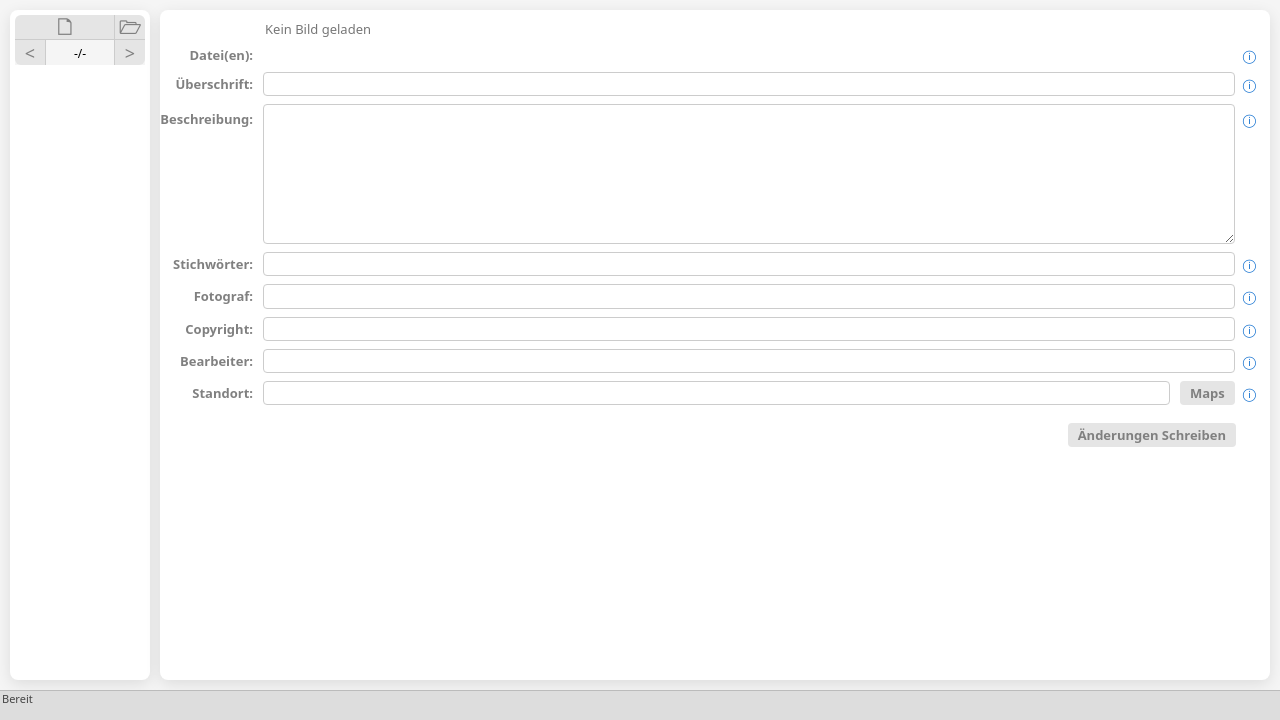
Repository: h-fahle/metadata
Page: ui/index.html
An editor plug-in stored every save of this project. The page is shown before and after the next save, followed by the edit.
The browser window is 1280 px wide. The pictures show the whole page.

Above is the page before, as saved 2026-08-25 19:34:17.
Console error: TypeError: Cannot read properties of undefined (reading 'core')

After the next save:
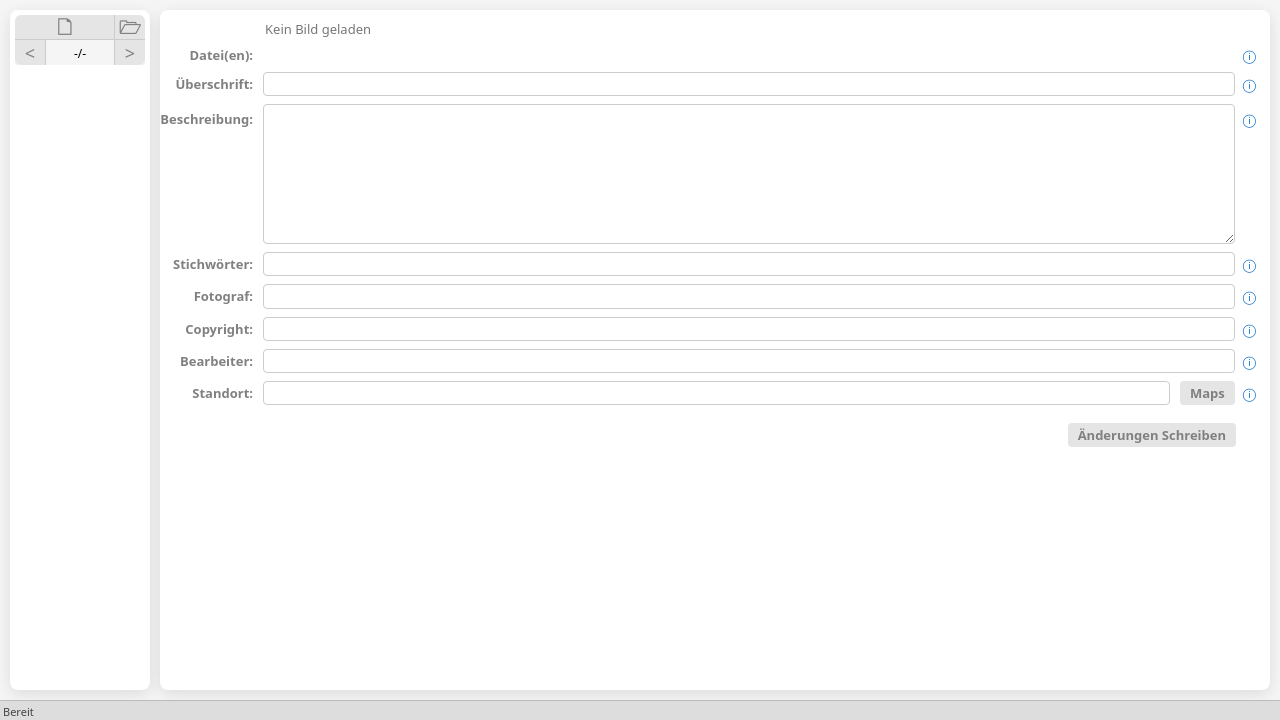
Saved 22 h 4 min later.
--- a/ui/style.css
+++ b/ui/style.css
@@ -152,13 +152,13 @@ selectx {
 
 /* 5. UNTEN: Die Statusleiste mit fixer Höhe und eigenem Scrollbalken */
 #statusleiste {
-	height: 30px;  /* Feste Höhe für ca. 2 Zeilen Text */
-	min-height: 30px;
+	height: 20px;  /* Feste Höhe für ca. 2 Zeilen Text */
+	min-height: 20px;
 	border-top: 1px solid #bbb;
 	background-color: #ddd;
 	font-size: 11px;
 	color: #444;
-	padding: 0 2px;
+	padding: 3px;
 	overflow-y: auto;  /* Vertikaler Scrollbalken erscheint NUR bei Bedarf */
 	overflow-x: hidden;  /* Verhindert horizontales Scrollen in der Statusleiste */
 	-webkit-font-smoothing: antialiased;
